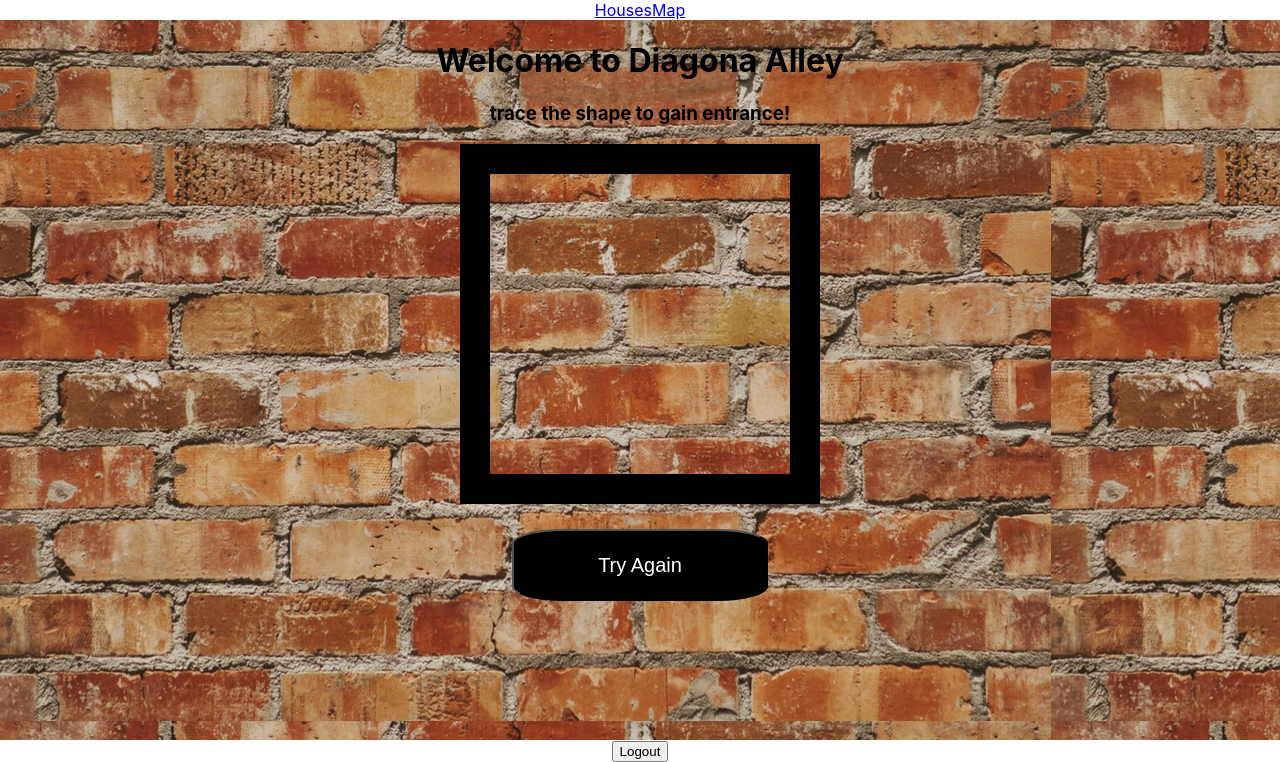
Repository: Brandon205/PotterGo
Page: /houses (app in client/)
These files come from the project's save history. The page is drawn as it stood at one moment and after the next save; the edit follows.
The browser window is 1280 px wide. The pictures show the whole page.
The project was rebuilt for these pictures with package versions that can differ from the ones it lists, and the page was loaded fresh each time. A package was used in the major version that the imports need, not the one package.json lists. Also part of the build but not shown: client/src/Homepage.jsx, client/src/Signup.js, client/src/Login.js, client/src/LoginPage.jsx, client/src/WandGenerator.jsx.

Above is the page before, as saved 2019-11-21 16:01:27.

After the next save:
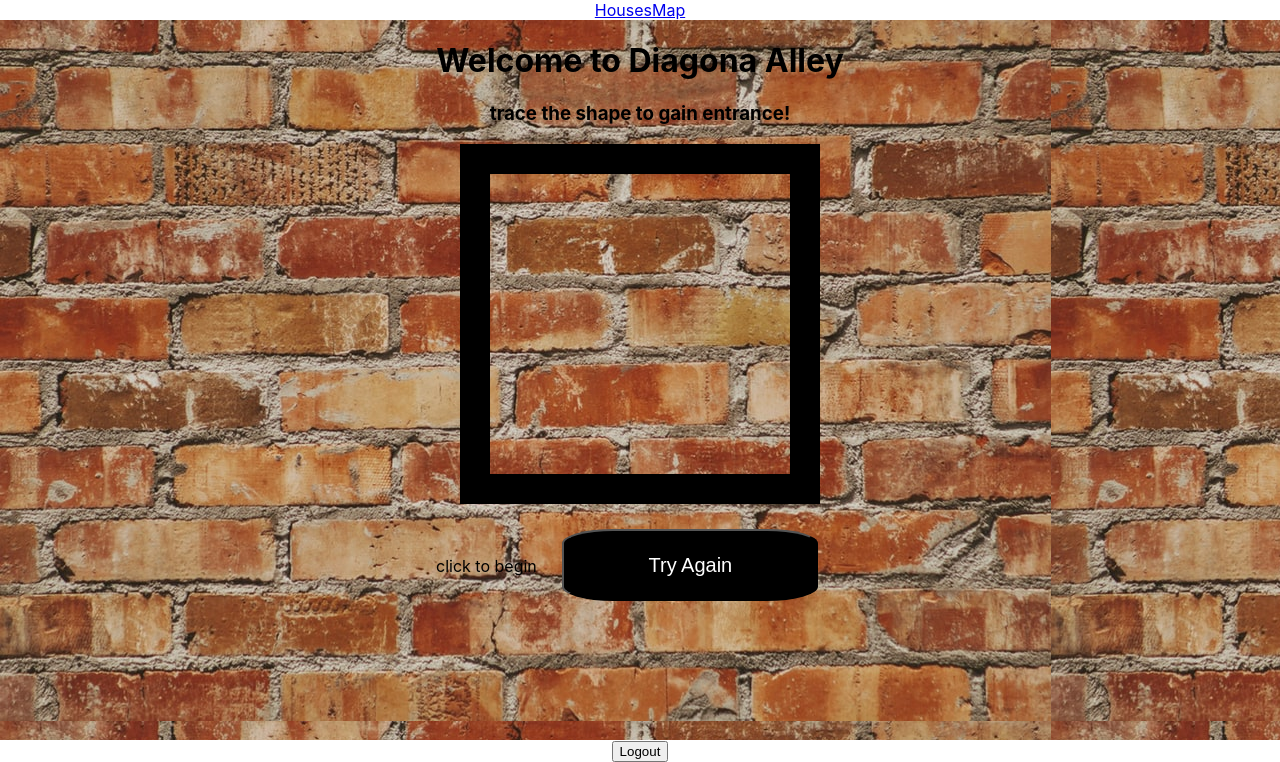
Saved 10 s later.
--- a/client/src/DiagonAlley.jsx
+++ b/client/src/DiagonAlley.jsx
@@ -33,7 +33,7 @@
         youFailed = youFaileda
         youFailedFinal = <h3>{youFailed}</h3>
     } else {
-        youFailed = 'click to begin'
+        youFailedFinal = 'click to begin'
     }
     return (
         <div className='backgroundDiv'>
